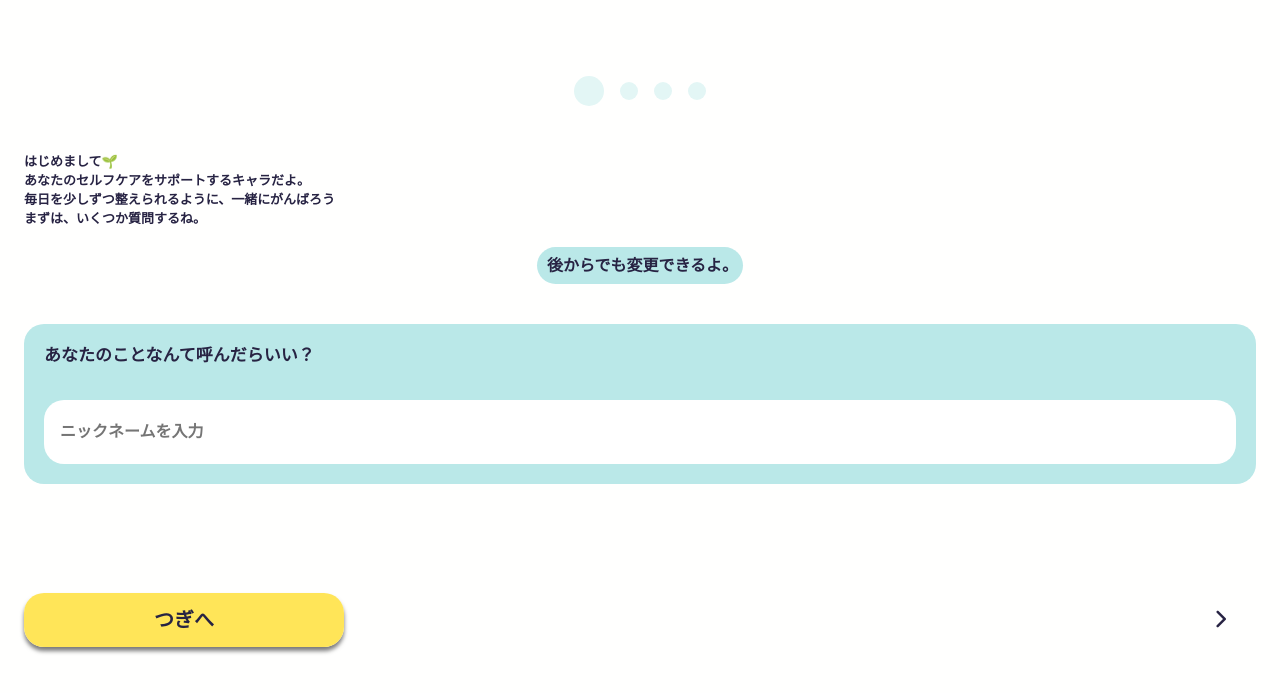
Repository: misaki0919/Self-care
Page: name.html
These files come from the project's save history. The page is drawn as it stood at one moment and after the next save; the edit follows.
The browser window is 1280 px wide. The pictures show the whole page.
Some web fonts or font styles are not loaded; a fallback is used.

Above is the page before, as saved 2026-07-16 18:05:14.

### name.html
<!DOCTYPE html>
<html lang="ja">
<head>
    <meta charset="UTF-8">
    <meta name="viewport" content="width=device-width, initial-scale=1.0">
    <title>名前記入</title>
    <link href="css/name.css" rel="stylesheet">
    <link rel="stylesheet" href="css/ress.css">
    <link rel="preconnect" href="https://fonts.googleapis.com">
    <link rel="preconnect" href="https://fonts.gstatic.com" crossorigin>
    <link href="https://fonts.googleapis.com/css2?family=Archivo+Black&family=Noto+Serif+JP:wght@200..900&family=Zen+Maru+Gothic&display=swap" rel="stylesheet">

</head>
<body>
    <div class="circle_wrap">
        <div class="diffrent_circle"></div>
        <div class="circle"></div>
        <div class="circle"></div>
        <div class="circle"></div>
    </div>
    <p class="welcome zen-maru-gothic-regular">はじめまして🌱<br>あなたのセルフケアをサポートするキャラだよ。
    <br>毎日を少しずつ整えられるように、一緒にがんばろう<br>まずは、いくつか質問するね。</p>
    <p class="reset zen-maru-gothic-regular">後からでも変更できるよ。</p>
    <div class="wrap zen-maru-gothic-regular">
        <p class="how_to_call">あなたのことなんて呼んだらいい？</p>
        <input type="email" class="textbox" placeholder="ニックネームを入力">
    </div>
    <div class="images_wrap zen-maru-gothic-regular">
        <a href="character.html" class="next">つぎへ</a>
        <img class="images" src="images/next.png" alt="画像">
    </div>
</body>
</html>

### css/name.css
body{
    background-color: #FFFFFE;
    color: #272343;
    padding-left: 24px;
    padding-right: 24px;
}
.zen-maru-gothic-regular {
    font-family: "Zen Maru Gothic", sans-serif;
    font-weight: 600;
    font-style: normal;
}
.circle_wrap{
    display: flex;
    justify-content: center;
    margin-top: 76px;
    gap: 16px;
    align-items: center;
    .diffrent_circle{
        width: 30px;
        height: 30px;
        background-color: #E3F6F5;
        border-radius: 50%;

    }
    .circle{
        width: 18px;
        height: 18px;
        background-color: #E3F6F5;
        border-radius: 50%;
        text-align: center;

    }
}

.welcome{
    /* background-color: tomato; */
    margin-top: 45px;
    font-size: 13px;

}
.reset{
    font-size: 16px;
    background-color: #BAE8E8;
    border-radius: 20px;
    padding-bottom: 8px;
    padding-top: 5px;
    text-align: center;
    width: 206px;
    margin: 20px auto;
    padding-left: 5px;
}
.how_to_call{
    font-size: 17px;

}
.textbox{
    color: #969696;
    width: 100%;
    height: 64px;
    border: none;
    border-radius: 20px;
    background-color: #fff;
    padding: 0 16px;
    font-size: 16px;
    outline: none;
    box-sizing: border-box;
    margin-top: 34px;

}
.wrap{
    /* background-color: tomato; */
    border-radius: 20px;
    background-color: #BAE8E8;
    padding: 17px 20px 0;
    height: 160px;
    margin: 40px 0 120px;

}
.next{
    font-size: 20px;
    background-color: #FFE558;
    border-radius: 20px;
    padding: 16px 130px;
    text-align: center;
    margin-top: 60px;
    text-decoration: none;
    color: #272343;
    box-shadow: #7b7b7b 0px 4px 4px 0px;
}
.images_wrap{
    position: relative;

}
.images{
    width: 30px;
    position: absolute;
    right: 20px;
    /* background-color: tomato; */
}

### css/ress.css
html{-webkit-text-size-adjust:100%;box-sizing:border-box;-moz-tab-size:4;tab-size:4;word-break:normal}*,:after,:before{background-repeat:no-repeat;box-sizing:inherit}:after,:before{text-decoration:inherit;vertical-align:inherit}*{margin:0;padding:0}hr{color:inherit;height:0;overflow:visible}details,main{display:block}summary{display:list-item}small{font-size:80%}[hidden]{display:none}abbr[title]{border-bottom:none;text-decoration:underline;text-decoration:underline dotted}a{background-color:transparent}a:active,a:hover{outline-width:0}code,kbd,pre,samp{font-family:monospace,monospace}pre{font-size:1em}b,strong{font-weight:bolder}sub,sup{font-size:75%;line-height:0;position:relative;vertical-align:baseline}sub{bottom:-.25em}sup{top:-.5em}table{border-color:inherit;text-indent:0}iframe{border-style:none}input{border-radius:0}[type=number]::-webkit-inner-spin-button,[type=number]::-webkit-outer-spin-button{height:auto}[type=search]{-webkit-appearance:textfield;outline-offset:-2px}[type=search]::-webkit-search-decoration{-webkit-appearance:none}textarea{overflow:auto;resize:vertical}button,input,optgroup,select,textarea{font:inherit}optgroup{font-weight:700}button{overflow:visible}button,select{text-transform:none}[role=button],[type=button],[type=reset],[type=submit],button{cursor:pointer}[type=button]::-moz-focus-inner,[type=reset]::-moz-focus-inner,[type=submit]::-moz-focus-inner,button::-moz-focus-inner{border-style:none;padding:0}[type=button]::-moz-focus-inner,[type=reset]::-moz-focus-inner,[type=submit]::-moz-focus-inner,button:-moz-focusring{outline:1px dotted ButtonText}[type=reset],[type=submit],button,html [type=button]{-webkit-appearance:button}button,input,select,textarea{background-color:transparent;border-style:none}a:focus,button:focus,input:focus,select:focus,textarea:focus{outline-width:0}select{-moz-appearance:none;-webkit-appearance:none}select::-ms-expand{display:none}select::-ms-value{color:currentColor}legend{border:0;color:inherit;display:table;max-width:100%;white-space:normal}::-webkit-file-upload-button{-webkit-appearance:button;color:inherit;font:inherit}[disabled]{cursor:default}img{border-style:none}progress{vertical-align:baseline}[aria-busy=true]{cursor:progress}[aria-controls]{cursor:pointer}[aria-disabled=true]{cursor:default}

After the next save:
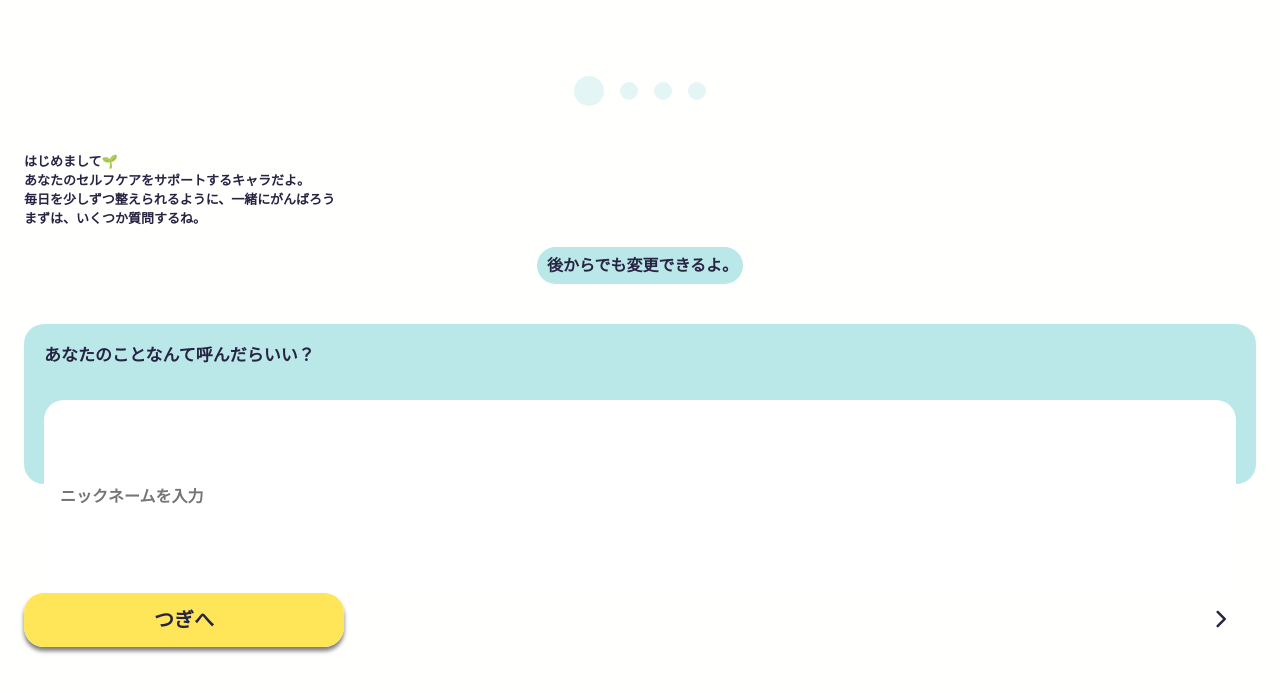
Saved 20 s later.
--- a/css/name.css
+++ b/css/name.css
@@ -56,7 +56,7 @@ body{
 .textbox{
     color: #969696;
     width: 100%;
-    height: 64px;
+    height: 193px;
     border: none;
     border-radius: 20px;
     background-color: #fff;

After the save that followed:
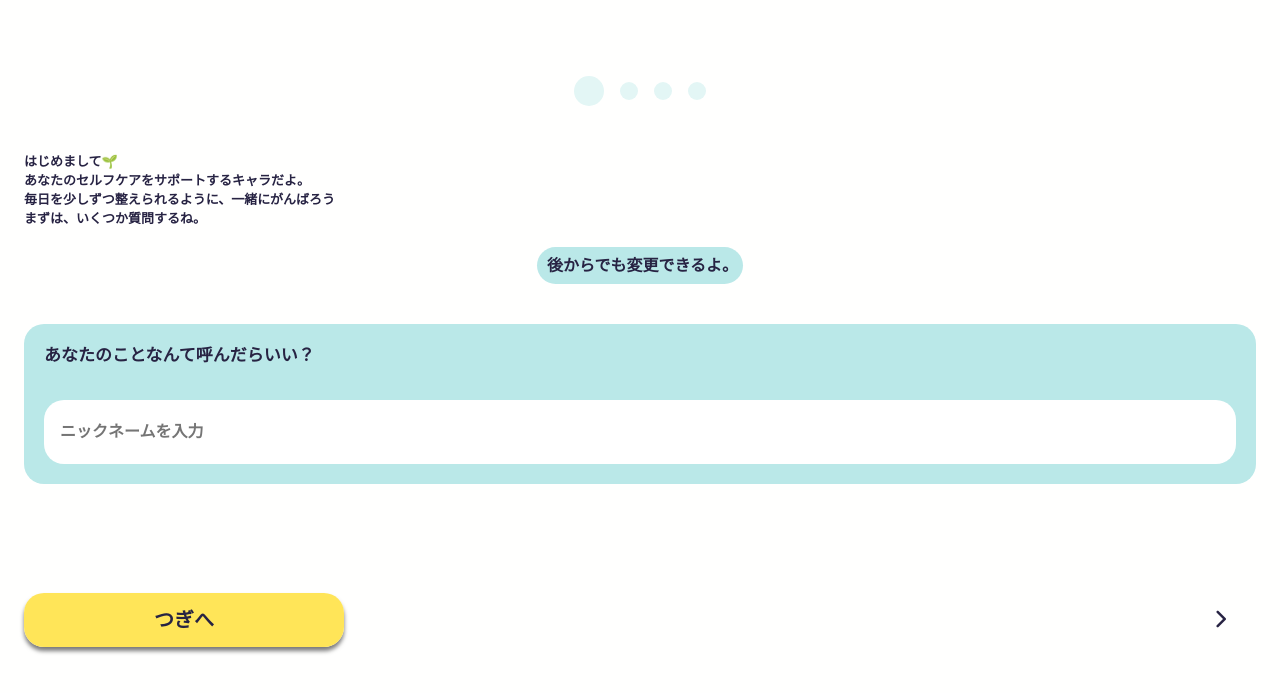
Saved 10 s later.
--- a/css/name.css
+++ b/css/name.css
@@ -56,7 +56,7 @@ body{
 .textbox{
     color: #969696;
     width: 100%;
-    height: 193px;
+    height: 64px;
     border: none;
     border-radius: 20px;
     background-color: #fff;
